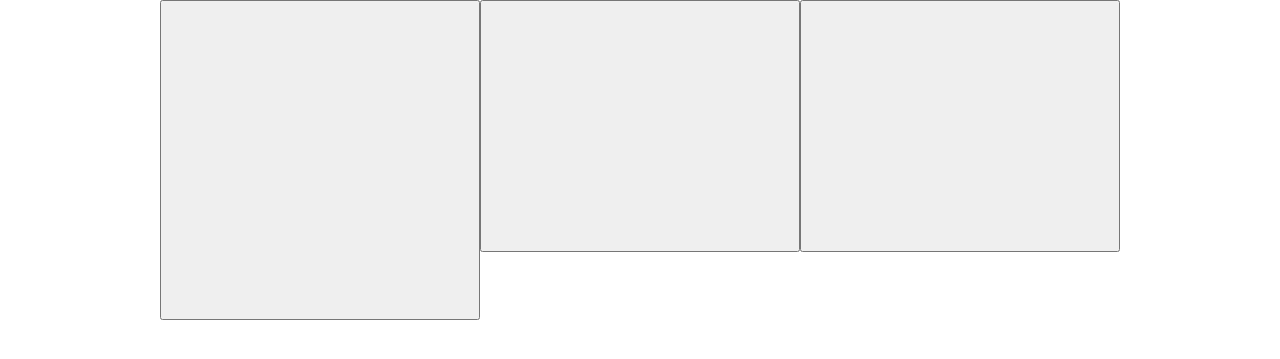
Repository: napan24/tic-tac-toe
Page: /
The author's editor kept a copy of each file at every save. The page is drawn from the files as they stood at one save, then again after the next save.
The browser window is 1280 px wide. The pictures show the whole page.
The project was rebuilt for these pictures with package versions that can differ from the ones it lists, and the page was loaded fresh each time. Also part of the build but not shown: src/App.css.

Above is the page before, as saved 2022-06-12 11:42:05.

### src/App.js
import logo from './logo.svg';
import './App.css';
import { FontAwesomeIcon } from '@fortawesome/react-fontawesome';
import { faXmark } from '@fortawesome/free-solid-svg-icons';
import {faCircle} from '@fortawesome/free-regular-svg-icons';
import './tik.css';
/* <FontAwesomeIcon icon={faXmark} size="5x" /> */
/* <FontAwesomeIcon icon={faCircle} size="5x"/> */
function App() {
  return (
    <div className="row" style={{display:"flex",justifyContent:"center",alignContent:"center"}}>
      <button className="column" style={{height:"25vw",width:"25vw"}}></button>
      <button className="column"></button>
      <button className="column"></button>
    </div>
  );
}

export default App;

### src/tik.css
* {
    box-sizing: border-box;
  }

  /* Create three equal columns that floats next to each other */
  .column {
    float: left;
    width: 25%;
    height:35vh;
  }

  /* Clear floats after the columns */
  .row:after {
    content: "";
    display: table;
    clear: both;
  }

Loaded but not shown: public/index.html (common file); src/index.js (common file); src/index.css (common file); src/reportWebVitals.js (common file)

After the next save:
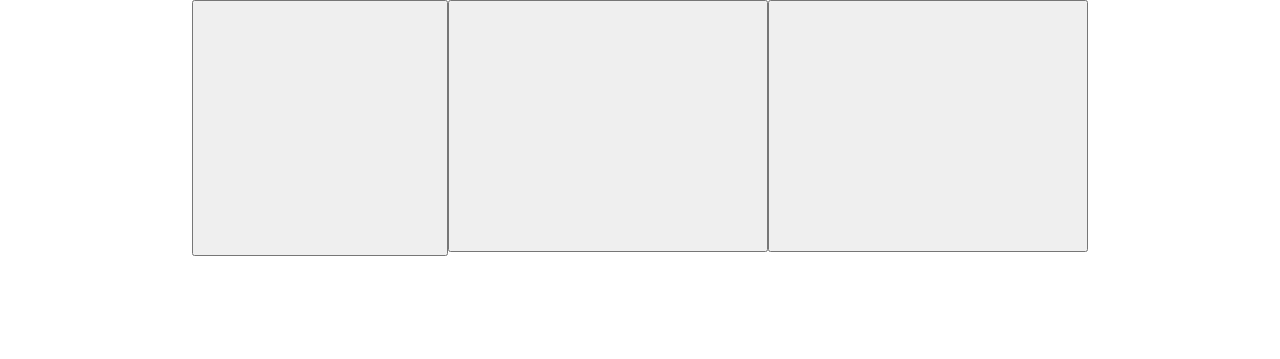
Saved 6 s later.
--- a/src/App.js
+++ b/src/App.js
@@ -9,7 +9,7 @@ import './tik.css';
 function App() {
   return (
     <div className="row" style={{display:"flex",justifyContent:"center",alignContent:"center"}}>
-      <button className="column" style={{height:"25vw",width:"25vw"}}></button>
+      <button className="column" style={{height:"20vw",width:"20vw"}}></button>
       <button className="column"></button>
       <button className="column"></button>
     </div>
